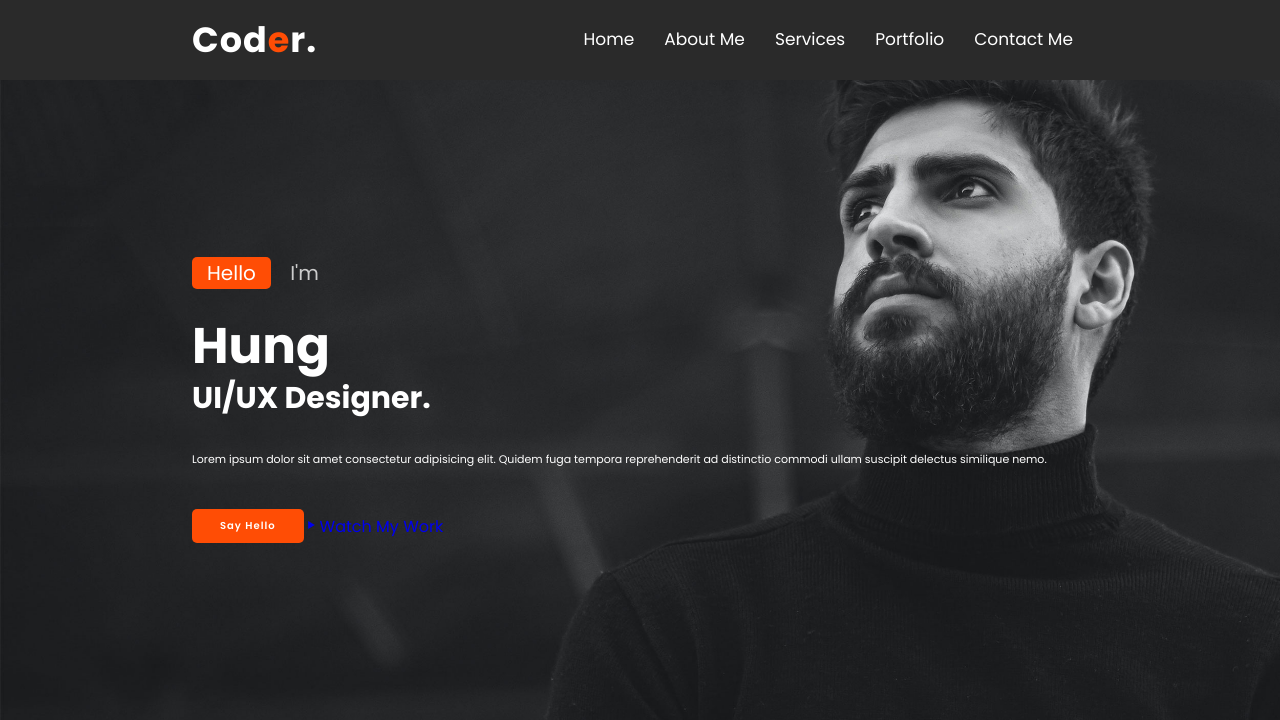
Repository: HungNg99/Protifolio2
Page: Portfolio/index.html
An editor plug-in stored every save of this project. The page is shown before and after the next save, followed by the edit.
The browser window is 1280 px wide. The pictures show the whole page.

Above is the page before, as saved 2022-12-09 10:04:55.

After the next save:
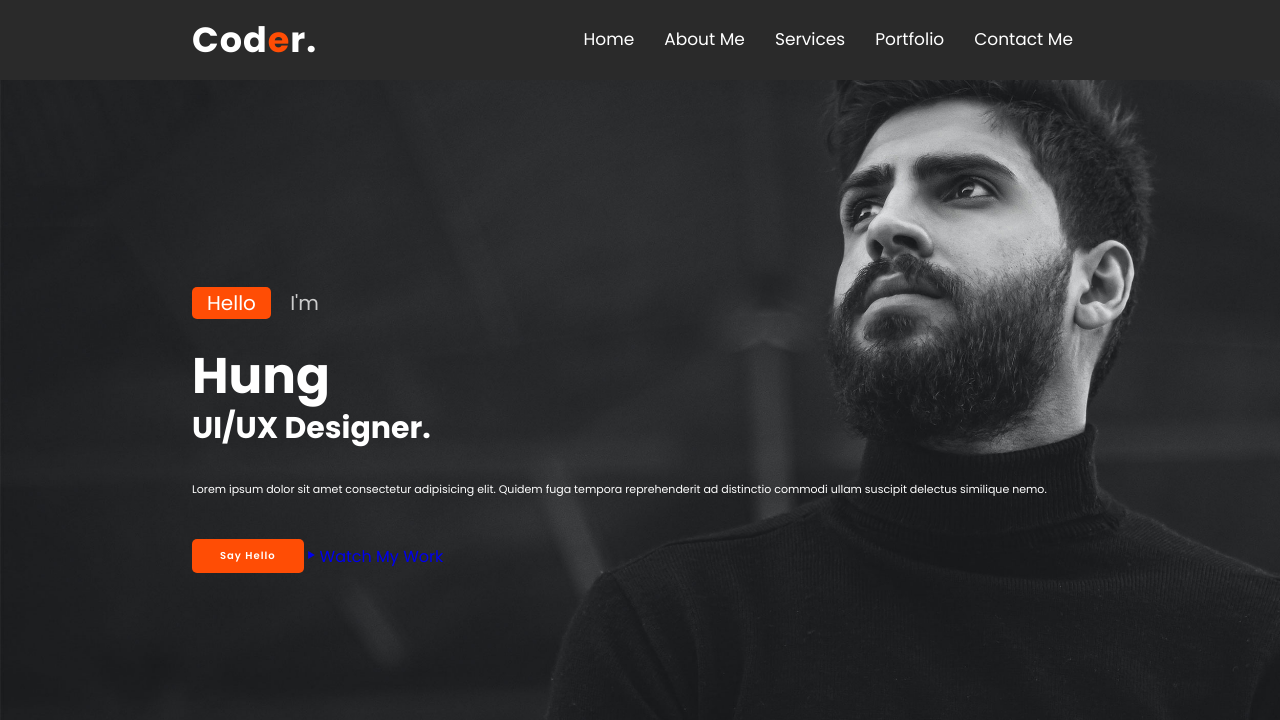
Saved 7 s later.
--- a/Portfolio/style.css
+++ b/Portfolio/style.css
@@ -109,7 +109,7 @@ section {
     font-weight: 500;
 }
 .home-text{
-    margin-top: 40px;
+    margin-top: 100px;
 }
 .home-text h1 {
     font-size: var(--big-font);
